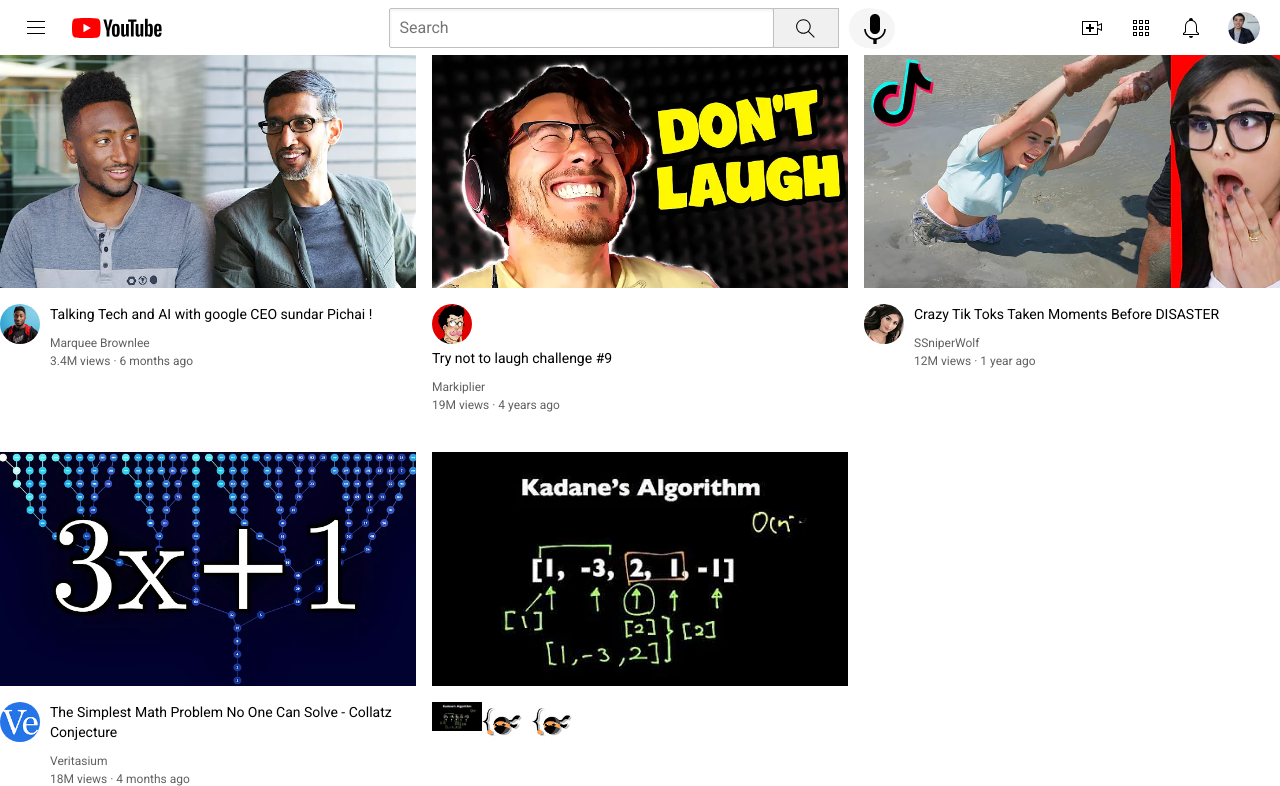
Repository: knowledgeAlan/html-css-thirteen
Page: youtube.html
The author's editor kept a copy of each file at every save. The page is drawn from the files as they stood at one save, then again after the next save.
The browser window is 1280 px wide. The pictures show the whole page.

Above is the page before, as saved 2024-03-19 17:51:23.

### youtube.html
<!DOCTYPE html>
<html>

<head>
    <title>Youtube.com Clone</title>

    <link rel="preconnect" href="https://fonts.googleapis.com">
    <link rel="preconnect" href="https://fonts.gstatic.com" crossorigin>
    <link href="https://fonts.googleapis.com/css2?family=Roboto:wght@400;500;700&display=swap" rel="stylesheet">

    <link rel="stylesheet" href="styles/general.css">
    <link rel="stylesheet" href="styles/header.css">
    <link rel="stylesheet" href="styles/video.css">

    <body>


        <div class="header">


            <div class="left-section">

                <img class="hamburger-menu" src="icons/hamburger-menu.svg">
                <img class="youtube-logo" src="icons/youtube-logo.svg">

            </div>

            <div class="middle-section">
                <input class="search-bar" type="text" placeholder="Search">

                <button class="search-button">
                    <img class="search-icon" src="icons/search.svg">
                </button>

                <button class="voice-search-button">
                       <img class="voice-search-button" src="icons/voice-search-icon.svg" >
                </button>
            </div>

            <div class="right-section">
                <img class="upload-icon" src="icons/upload.svg">
                <img class="youtube-apps-icon" src="icons/youtube-apps.svg">
                <img class="notifications-icon" src="icons/notifications.svg">
                <img class="current-user-picture" src="channel-pictures/my-channel.jpeg">

            </div>

        </div>

        <div class="video-grid">

            <div class="video-preview">

                <div class="thumbnail-row">
                    <img class="thumbnail" src="thumbnails/thumbnail-1.webp">
                </div>

                <div class="video-info-grid">

                    <div class="channel-picture">
                        <img class="profile-picture" src="channel-pictures/channel-1.jpeg">
                    </div>

                    <div class="video-info">
                        <p class="video-title">
                            Talking Tech and AI with google CEO sundar Pichai !

                        </p>

                        <p class="video-author">
                            Marquee Brownlee
                        </p>

                        <p class="video-stats">
                            3.4M views &#183; 6 months ago
                        </p>

                    </div>
                </div>
            </div>


            <div class="video-preview">
                    <div class="thumbnail-row">
                        <img class="thumbnail" src="thumbnails/thumbnail-2.webp">

                    </div>

                    <div class="=video-info-grid">
                        <div class="channel-picture">
                            <img class="profile-picture" src="channel-pictures/channel-2.jpeg">
                        </div>

                        <div class="video-info">
                            <p class="video-title">
                                Try not to laugh challenge #9
                            </p>

                            <p class="video-author">
                                Markiplier
                            </p>

                            <p class="video-stats">
                                19M views &#183; 4 years ago
                            </p>
                        </div>
                    </div>
            </div>



            <div class="video-preview">

                <div class="thumbnail-row">
                    <img class="thumbnail" src="thumbnails/thumbnail-3.webp">
                </div>

                <div class="video-info-grid">
                    <div class="channel-picture">
                        <img class="profile-picture"    src="channel-pictures/channel-3.jpeg">
                    </div>

                    <div class="video-info">
                         <p class="video-title">
                            Crazy Tik Toks Taken Moments Before DISASTER
                         </p>

                         <p class="video-author">
                            SSniperWolf
                         </p>

                         <p class="video-stats">
                            12M views &#183; 1 year ago
                         </p>
                    </div>
                </div>
            </div>

            <div class="video-preview">
                <div class="thumbnail-row">
                    <img class="thumbnail" src="thumbnails/thumbnail-4.webp">
                </div>
                <div class="video-info-grid">
                    <div class="channel-picture">
                        <img class="profile-picture" src="channel-pictures/channel-4.jpeg">
                    </div>

                    <div class="video-info">
                        <p class="video-title">
                            The Simplest Math Problem No One Can Solve - Collatz Conjecture
                        </p>
                        <p class="video-author">
                            Veritasium
                        </p>

                        <p class="video-stats">
                            18M views &#183; 4 months ago
                        </p>

                    </div>
                </div>
            </div>



            <di class="video-preview">
                <div class="thumbnail-row">
                    <img class="thumbnail" src="thumbnails/thumbnail-5.webp">
                </div>

                <div  class="video-info-grid">
                    <div class="thumbnail-row">
                        <img class="thumbnail" src="thumbnails/thumbnail-5.webp">
                    </div>

                    <div class="video-info-grid">
                        <div class="channel-picture">
                            <img class="profile-picture" src="channel-pictures/channel-5.jpeg">
                        </div>

                        <div class="video-info">
                            <div class="channel-picture">
                                <img class="profile-picture" src="channel-pictures/channel-5.jpeg">
                            </div>

                        </div>
                    </div>
                </div>
            </di>
        </div>



    </body>
</head>
</html>

### styles/general.css
p{
    font-family: Roboto,Arial;
    margin-top: 0;
    margin-bottom: 0;
}

body{
    margin: 0;
}

### styles/header.css
.header {
    height: 55px;
    display: flex;
    flex-direction: row;
    justify-content: space-between;


}


.left-section {

    display: flex;
    align-items: center;
}

.hamburger-menu {

    height: 24px;
    margin-left: 24px;
    margin-right: 24px;
}


.youtube-logo {
    height: 20px ;
}

.middle-section {
    flex: 1;
    margin-left: 70px;
    margin-right:  35px;
    max-width: 500px;
    display: flex;
    align-items: center;
}

.search-bar{
    flex: 1;
    height: 36px;
    padding-left: 10px;
    font-size: 16px;
    border-width: 1px;
    border-style: solid;
    border-color: rgb(192, 192, 192);
    border-radius: 2px;
    box-shadow: inset 1px 2px 3px rgba(0, 0, 0, 0.05);
    width: 0;

}



.search-bar::placeholder {
    font-family: Roboto,Arial;
    font-size: 16px;
}


.search-button{
    height: 40px;
    width: 66px;
    background-color: rgb(240, 240, 240);
    border-width: 1px;
    border-style: solid;
    border-color: rgb(192, 192, 192);
    margin-left: -1px;
    margin-right: 10px;
}


.search-icon {
    height: 25px;
    margin-top: 4px;
}


.voice-search-button{
    height: 40px;
    width: 40px;
    border-radius: 20px;
    border: none;
    background-color: rgb(245, 245, 245);
}


.video-search-icon {
    height: 24px;
    width: 40px;
    border-radius: 20px;
    border: none;
    background-color: rgb(245, 245, 245);
}

.right-section {
    width: 180px;
    margin-right: 20px;
    display: flex;
    align-items: center;
    justify-content: space-between;
    flex-shrink: 0;

}

.upload-icon {
    height: 24px;
}

.youtube-apps-icon{
    height: 24px;
}


.notifications-icon {
    height: 24px;
}

.current-user-picture {
    height: 32px;
    border-radius: 16px ;
}

### styles/video.css
.thumbnail{
    width: 100%;
}

.video-title {
    margin-top: 0;
    font-size: 14px;
    font-weight: 500px ;
    line-height: 20px;
    margin-bottom: 12px;
}


.video-info-grid {
    display: grid;
    grid-template-columns: 50px 1fr;
}


.profile-picture{
    width: 40px;
    border-radius: 50px;
}


.thumbnail-row {
    margin-bottom: 12px;
}

.video-author,.video-stats {
    font-size: 12px;
    color: rgb(96, 96, 96);
}

.video-author {
    margin-bottom: 4px;
}

.video-grid{
    display: grid;
    grid-template-columns: 1fr 1fr 1fr;
    column-gap: 16px;
    row-gap: 40px;
}

After the next save:
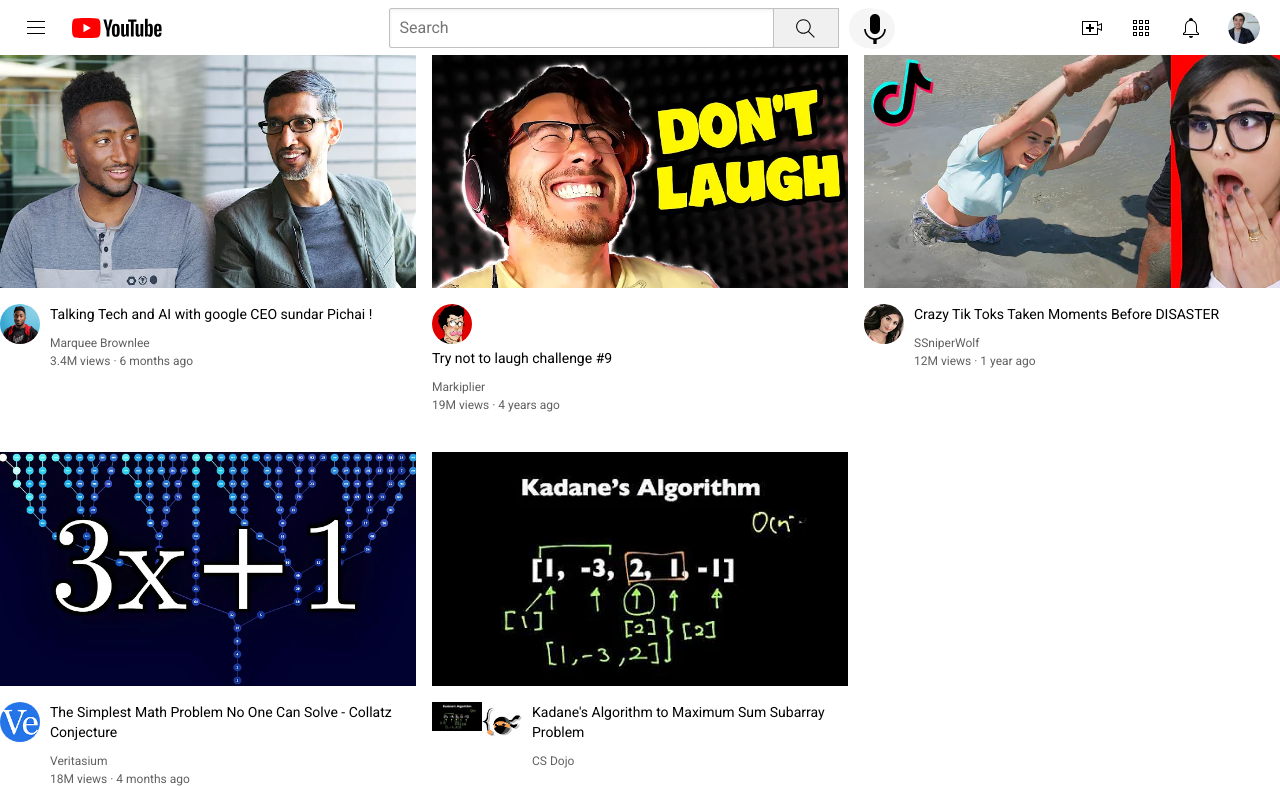
Saved 2 min 46 s later.
--- a/youtube.html
+++ b/youtube.html
@@ -179,9 +179,14 @@
                         </div>
 
                         <div class="video-info">
-                            <div class="channel-picture">
-                                <img class="profile-picture" src="channel-pictures/channel-5.jpeg">
-                            </div>
+
+                            <p class="video-title">
+                                Kadane's Algorithm to Maximum Sum Subarray Problem
+                            </p>
+
+                            <p class="video-author">
+                                CS Dojo
+                            </p>
 
                         </div>
                     </div>
